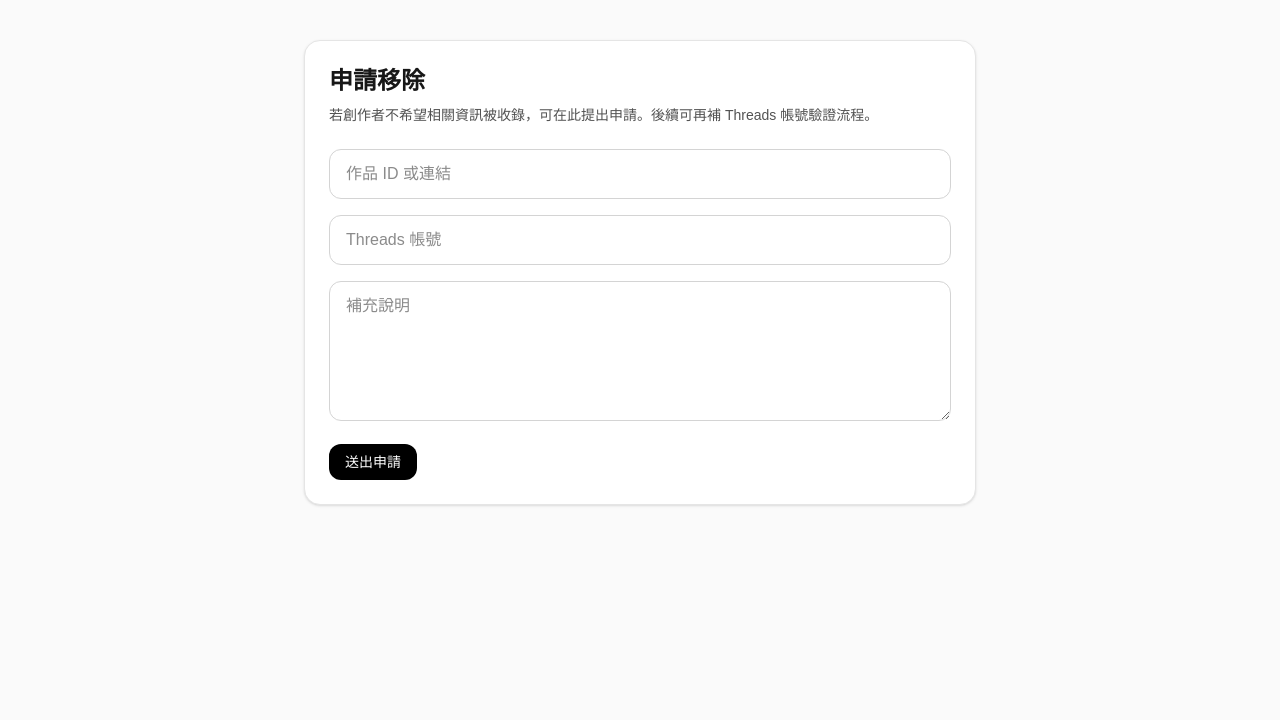
Repository: tzuhan2575/cheering-source-site
Page: /item/remove
The author's editor kept a copy of each file at every save. The page is drawn from the files as they stood at one save, then again after the next save.
The browser window is 1280 px wide. The pictures show the whole page.
The project was rebuilt for these pictures with package versions that can differ from the ones it lists, and the page was loaded fresh each time. The framework's server and built-in components were replaced by stand-ins that run in the browser. Also part of the build but not shown: next.config.ts.

Above is the page before, as saved 2026-03-13 20:45:06.

### app/item/remove/page.tsx
export default function RemovePage() {
  return (
    <main className="min-h-screen bg-neutral-50 px-6 py-10">
      <div className="mx-auto max-w-2xl rounded-2xl border border-neutral-200 bg-white p-6 shadow-sm">
        <h1 className="text-2xl font-bold text-neutral-900">申請移除</h1>
        <p className="mt-2 text-sm text-neutral-600">
          若創作者不希望相關資訊被收錄，可在此提出申請。後續可再補 Threads
          帳號驗證流程。
        </p>

        <div className="mt-6 space-y-4">
          <input
            type="text"
            placeholder="作品 ID 或連結"
            className="w-full rounded-xl border border-neutral-300 px-4 py-3"
          />
          <input
            type="text"
            placeholder="Threads 帳號"
            className="w-full rounded-xl border border-neutral-300 px-4 py-3"
          />
          <textarea
            placeholder="補充說明"
            className="min-h-[140px] w-full rounded-xl border border-neutral-300 px-4 py-3"
          />
          <button className="rounded-xl bg-black px-4 py-2 text-sm text-white">
            送出申請
          </button>
        </div>
      </div>
    </main>
  );
}

Loaded but not shown: app/layout.tsx (common file); app/globals.css (common file)

After the next save:
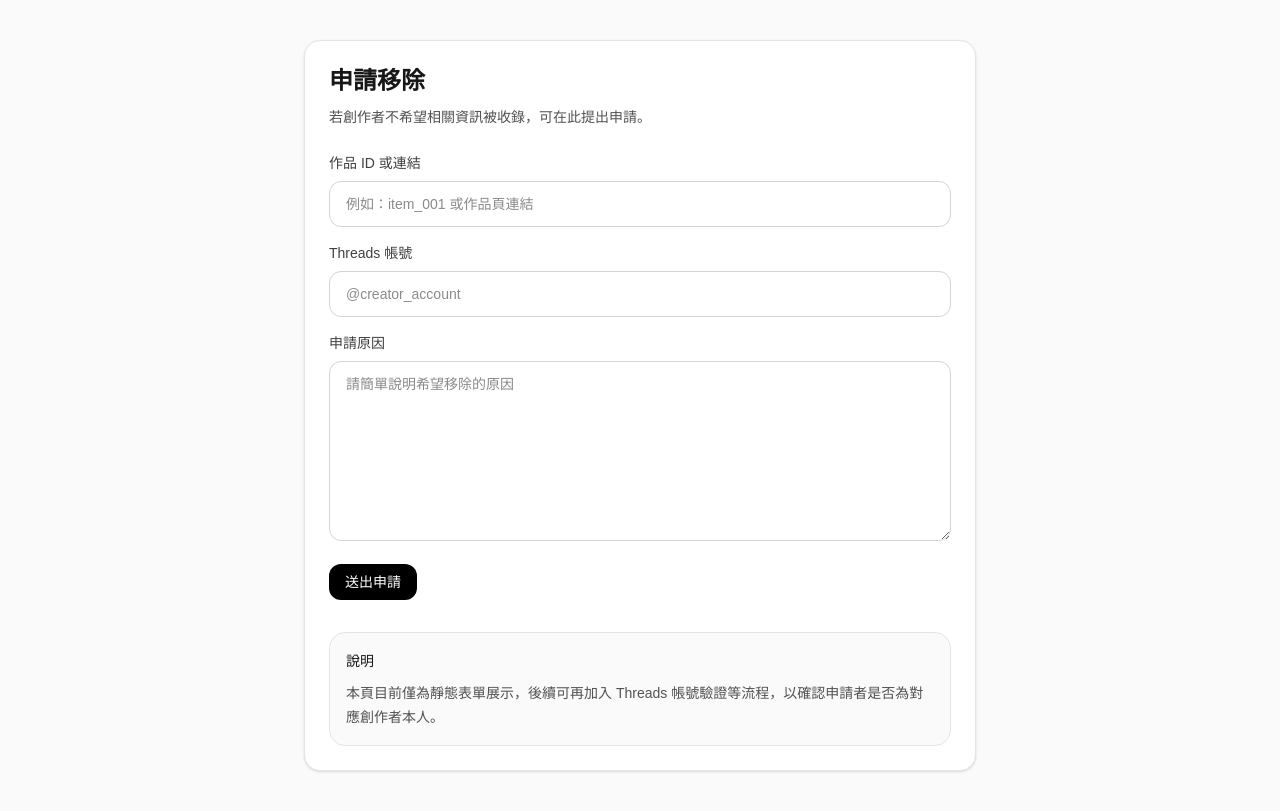
Saved 9 s later.
--- a/app/item/remove/page.tsx
+++ b/app/item/remove/page.tsx
@@ -3,29 +3,56 @@ export default function RemovePage() {
     <main className="min-h-screen bg-neutral-50 px-6 py-10">
       <div className="mx-auto max-w-2xl rounded-2xl border border-neutral-200 bg-white p-6 shadow-sm">
         <h1 className="text-2xl font-bold text-neutral-900">申請移除</h1>
-        <p className="mt-2 text-sm text-neutral-600">
-          若創作者不希望相關資訊被收錄，可在此提出申請。後續可再補 Threads
-          帳號驗證流程。
+        <p className="mt-2 text-sm leading-6 text-neutral-600">
+          若創作者不希望相關資訊被收錄，可在此提出申請。
         </p>
 
         <div className="mt-6 space-y-4">
-          <input
-            type="text"
-            placeholder="作品 ID 或連結"
-            className="w-full rounded-xl border border-neutral-300 px-4 py-3"
-          />
-          <input
-            type="text"
-            placeholder="Threads 帳號"
-            className="w-full rounded-xl border border-neutral-300 px-4 py-3"
-          />
-          <textarea
-            placeholder="補充說明"
-            className="min-h-[140px] w-full rounded-xl border border-neutral-300 px-4 py-3"
-          />
-          <button className="rounded-xl bg-black px-4 py-2 text-sm text-white">
+          <div>
+            <label className="mb-2 block text-sm font-medium text-neutral-700">
+              作品 ID 或連結
+            </label>
+            <input
+              type="text"
+              placeholder="例如：item_001 或作品頁連結"
+              className="w-full rounded-xl border border-neutral-300 px-4 py-3 text-sm outline-none transition focus:border-neutral-500"
+            />
+          </div>
+
+          <div>
+            <label className="mb-2 block text-sm font-medium text-neutral-700">
+              Threads 帳號
+            </label>
+            <input
+              type="text"
+              placeholder="@creator_account"
+              className="w-full rounded-xl border border-neutral-300 px-4 py-3 text-sm outline-none transition focus:border-neutral-500"
+            />
+          </div>
+
+          <div>
+            <label className="mb-2 block text-sm font-medium text-neutral-700">
+              申請原因
+            </label>
+            <textarea
+              placeholder="請簡單說明希望移除的原因"
+              className="min-h-[180px] w-full rounded-xl border border-neutral-300 px-4 py-3 text-sm outline-none transition focus:border-neutral-500"
+            />
+          </div>
+
+          <button
+            type="button"
+            className="rounded-xl bg-black px-4 py-2 text-sm text-white transition hover:opacity-90"
+          >
             送出申請
           </button>
+        </div>
+
+        <div className="mt-8 rounded-2xl border border-neutral-200 bg-neutral-50 p-4 text-sm leading-6 text-neutral-600">
+          <p className="font-medium text-neutral-900">說明</p>
+          <p className="mt-2">
+            本頁目前僅為靜態表單展示，後續可再加入 Threads 帳號驗證等流程，以確認申請者是否為對應創作者本人。
+          </p>
         </div>
       </div>
     </main>
